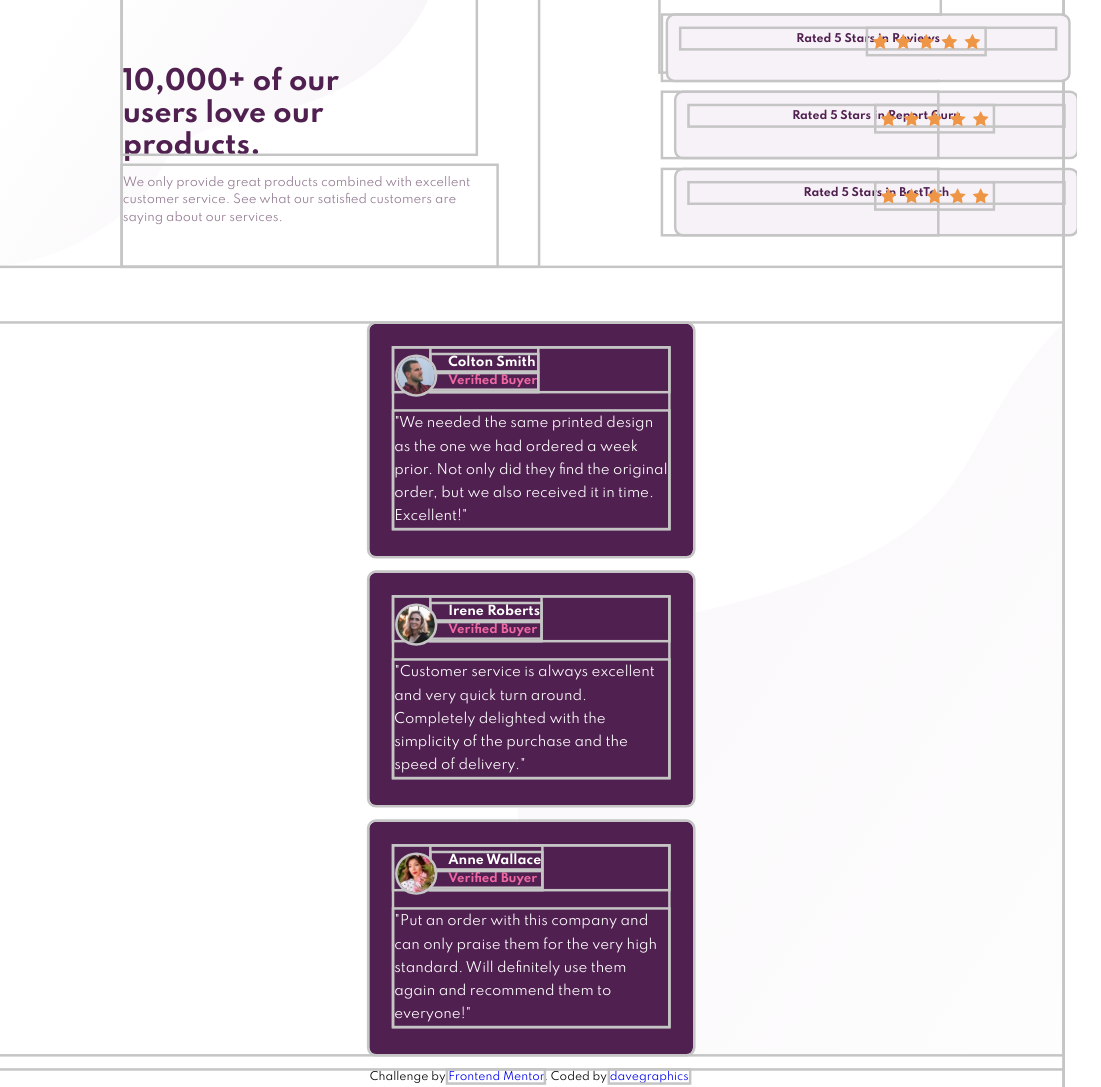
Repository: DejV44/social-proof-section-master
Page: index.html
These files come from the project's save history. The page is drawn as it stood at one moment and after the next save; the edit follows.
The browser window is 1280 px wide. The page is 1297 px wide, then 1327 px, so the pictures cover 1327 px, including what lies to the right of the window. The pictures show the whole page, at 83% of full size.
The style sheet was rebuilt from its Sass, Less or Tailwind sources for each picture, by a compiler version that may differ from the author's.

Above is the page before, as saved 2021-06-23 21:02:01.

### index.html
<!DOCTYPE html>

<html lang="en">
<head>
    <meta charset="UTF-8">
    <meta http-equiv="X-UA-Compatible" content="IE=edge">
    <meta name="viewport" content="width=device-width, initial-scale=1.0">
    <link rel="stylesheet" href="../css/main.css">
    <title>social-proof-section-master</title>
</head>
<body>
    <section class="main">
        <div class="titles">
            <h1 class="title">10,000+ of our users love our products.</h1>
            <p class="item-1">We only provide great products combined with excellent customer service. See what our satisfied customers are saying about our services.</p>
        </div>
        <div class="container">
            <ul>
                <li class="item1">
                    <img src="../img/stars.svg" alt="stars">
                    <h3>Rated 5 Stars in Reviews</h3>
                </li>
            </ul>

            <ul>
                <li class="item2">
                    <img src="../img/stars.svg" alt="stars">
                    <h3>Rated 5 Stars in Report Guru</h3>
                </li>
            </ul>

            <ul>
                <li class="item3">
                    <img src="../img/stars.svg" alt="stars">
                    <h3>Rated 5 Stars in BestTech</h3>
                </li>
            </ul>
        </div>
    </section>

    <section class="citate">
        <ul>
            <li>
                <div class="identy">
                    <img src="../img/image-colton.jpg" alt="stars">
                    <div>
                        <h3>Colton Smith</h3>
                        <h4>Verified Buyer</h4>
                    </div>
                </div>
                <blockquote>"We needed the same printed design as the one we had ordered a week prior. Not only did they find the original order, but we also received it in time. Excellent!"</blockquote>
            </li>
        </ul>

        <ul>
            <li>
                <div class="identy">
                    <img src="../img/image-irene.jpg" alt="stars">
                    <div>
                        <h3>Irene Roberts</h3>
                        <h4>Verified Buyer</h4>
                    </div>
                </div>
                <blockquote>"Customer service is always excellent and very quick turn around. Completely delighted with the simplicity of the purchase and the speed of delivery."</blockquote>
            </li>
        </ul>

        <ul>
            <li>
                <div class="identy">
                    <img src="../img/image-anne.jpg" alt="stars">
                    <div>
                        <h3>Anne Wallace</h3>
                        <h4>Verified Buyer</h4>
                    </div>
                </div>
                <blockquote>"Put an order with this company and can only praise them for the very high standard. Will definitely use them again and recommend them to everyone!"</blockquote>
            </li>
        </ul>
    </section>
    <div class="attribution">
        Challenge by
        <a href="https://www.frontendmentor.io?ref=challenge" target="_blank"
          >Frontend Mentor</a
        >. Coded by <a href="#">davegraphics</a>.
      </div>

</body>
</html>

### css/main.scss
@import url('https://fonts.googleapis.com/css2?family=Spartan:wght@400;500;700&display=swap');

*{
    margin: 0;
    padding: 0;
    -webkit-font-smoothing: antialiased;
    outline: 3px solid rgb(197, 197, 197);
}

:root {
    --primary-color: hsl(300, 43%, 22%);
    --soft-pink: hsl(333, 80%, 67%);
    --neutral-color: hsl(303, 10%, 53%);
    --light-color: hsl(300, 24%, 96%);
    --white: hsl(0, 0%, 100%);
}

body {
    margin: 0;
    padding: 0;
    //background: var(--white);
    font-family: 'Spartan', sans-serif;




    .main {
        text-align: center;
        margin: 0 auto 70px auto;
        background-image: url(..//img/bg-pattern-top-mobile.svg);
        background-repeat: no-repeat;
        background-size: contain;



        .title {
            margin: 0 auto;
            padding: 2.5em 15% 0 15%;
            font-size: 2em;
            font-weight: bold;
            color: var(--primary-color);
            width: 250px;
            height: 105px;
        }

        p {
            padding: 10px 0;
            margin: 10px auto;
            color: var(--neutral-color);
            line-height: 1.5em;
            width: 325px;
            height: 100px;
            font-size: 14px;
        }

        .container {
            padding: .2em;
            width: 330px;
            height: 80px;
            display: inline-block;


            li {
                list-style: none;
                padding: 1em;
                margin: 1em;
                background: var(--light-color);
                border-radius: .5em;

                img {
                    padding: .3em;
                    width: 130px;
                    height: 20px;
                }

                h3 {
                    padding: .3em;
                    color: var(--primary-color);
                    font-size: 13px;
                }
            }
        }


    }
    .citate :first-element {
        margin-top: 100px;
    }

    .citate {
        background-image: url(..//img/bg-pattern-bottom-mobile.svg);
        background-repeat: no-repeat;
        background-size: contain;
        background-position-x: 100%;
        background-position-y: 100%;



        ul {
            list-style: none;
            padding: 30px;

            background: var(--primary-color);
            border-radius: .5em;
            width: 330px;
            height: 220px;
            margin: 0px auto 20px auto;



                .identy {
                    display: flex;




                    h3 {
                        color: var(--white);
                        margin: .5em 0 .2em 0;
                        padding-left: 20px;
                        font-size: 15px;

                    }

                    h4 {
                        color: var(--soft-pink);
                        margin: .4em 0 .2em 0;
                        padding-left: 20px;
                        font-size: 14px;

                    }

                    img {
                        margin-top: 6px;
                        border-radius: 5em;
                        width: 45px;
                        height: 45px;
                        position: relative;
                        top: 4px;
                        left: 4px;
                    }


                }
                blockquote {
                    color: var(--white);
                    margin-top: 25px;
                    line-height: 28px;
                    text-align: left;
                }
        }


    }

    .attribution {
        text-align: center;
        font-size: 13px;
        padding-bottom: 5px;

        a {
            text-decoration: none;
            font-size: 13px;

        }
    }

}

@media only screen and (min-width: 768px) {



    .main {
        display: flex;
        flex-wrap: nowrap;
        justify-content: space-between;


        .titles {
            align-items: flex-start;
            margin-left: auto;
            margin-right: auto;
            width: 500px;
            text-align: left;

            .title {
                margin: 0 auto 0 0;
                padding-left: 0;
                width: 350px;
            }

            p {
                margin: 15px auto 0 0;
                padding-left: 0;
                width: 450px;
            }

        }

        .container {
            align-items: flex-end;
            margin-right: auto;

            .item1 {
                position: relative;
                left: -10px;
            }

            li {
                width: 450px;
                height: 45px;
                /*display: flex;
                justify-content: center;*/
                padding-top: 0;

                img {
                    position: absolute;

                }

                h {
                    position: absolute;
                    display: block;
                    width: 180px;

                }
            }
        }
    }
}

After the next save:
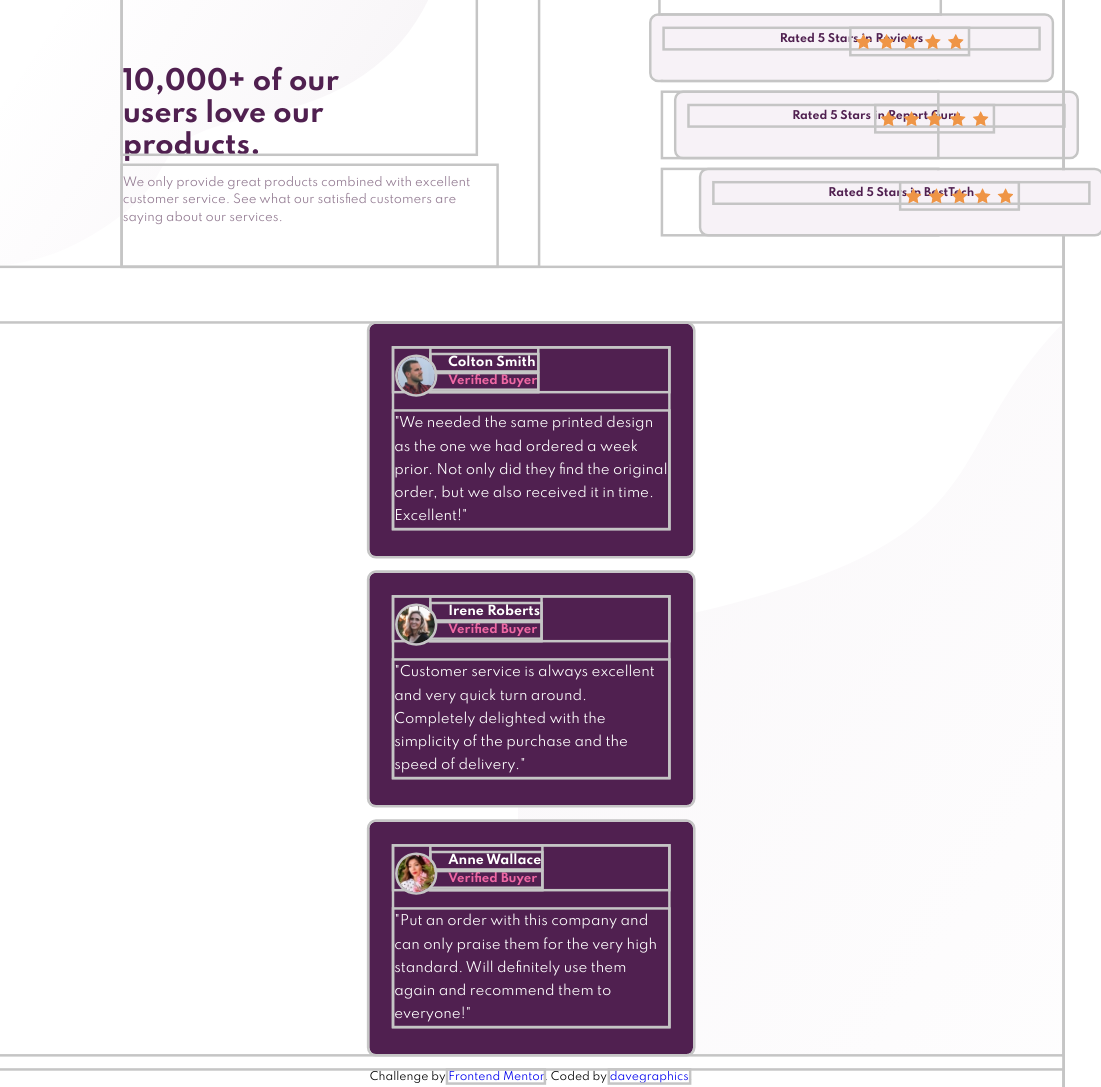
Saved 37 s later.
--- a/css/main.scss
+++ b/css/main.scss
@@ -204,7 +204,12 @@ body {
 
             .item1 {
                 position: relative;
-                left: -10px;
+                left: -30px;
+            }
+
+            .item3 {
+                position: relative;
+                left: +30px;
             }
 
             li {
